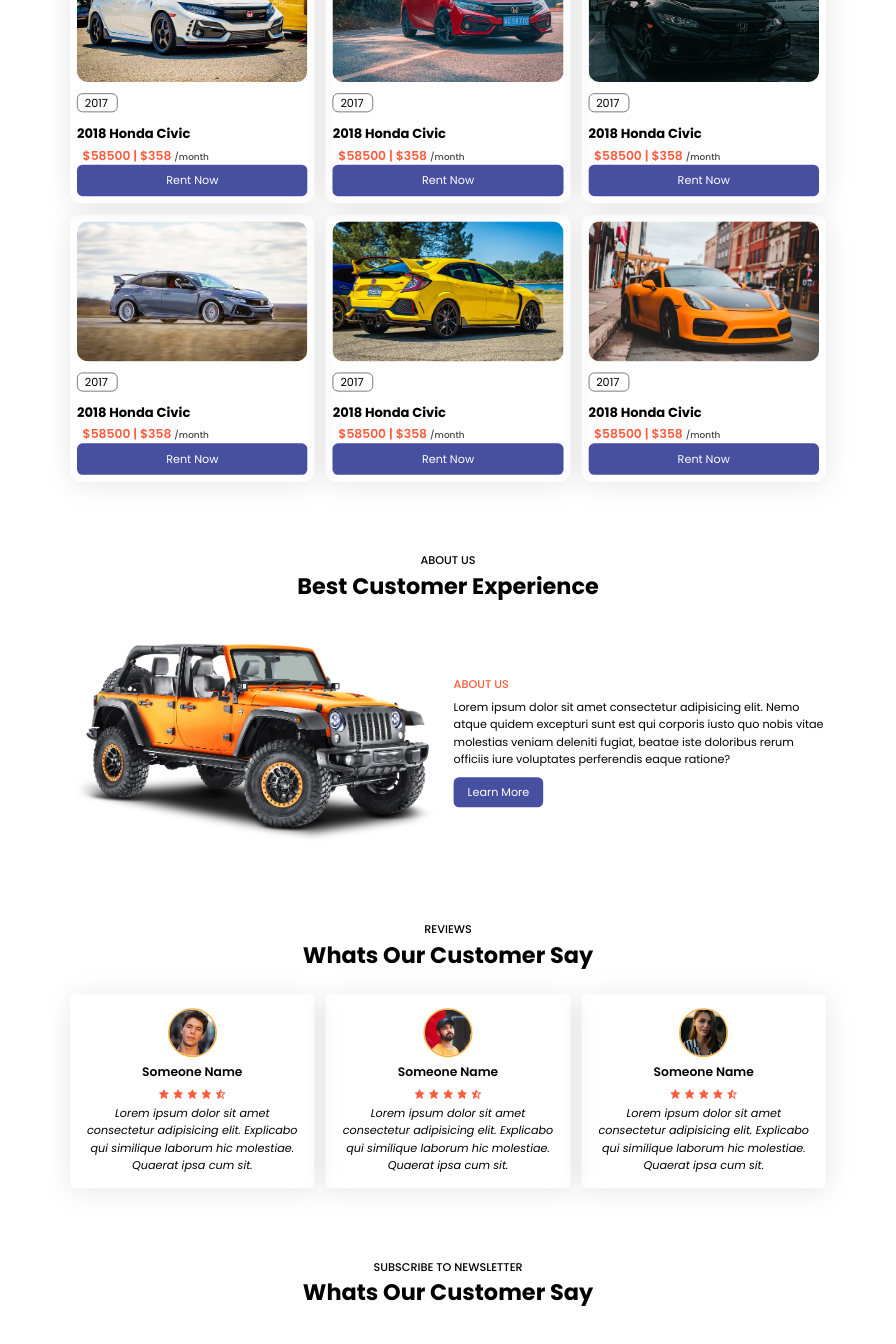
Repository: douglasabnovato/car-rental
Page: index.html
These files come from the project's save history. The page is drawn as it stood at one moment and after the next save; the edit follows.
The browser window is 1280 px wide. The pictures show the part of the page from y = 1476 to 3396 px (the page is 3396 px tall before and 3358 px after), at 70% of full size.

Above is the page before, as saved 2025-05-16 16:53:33.

### index.html
<!DOCTYPE html>
<html lang="en">
  <head>
    <meta charset="UTF-8" />
    <meta name="viewport" content="width=device-width, initial-scale=1.0" />
    <title>Car Rental</title>
    <link
      rel="stylesheet"
      href="https://cdn.jsdelivr.net/npm/boxicons@latest/css/boxicons.min.css"
    />
    <link rel="stylesheet" href="./style.css" />
  </head>
  <body>
    <!-- Header -->
    <header>
      <a href="#" class="logo"
        ><img src="./assets/jeep.png" alt="logo da car rental" srcset=""
      /></a>
      <div class="bx bx-menu" id="menu-icon"></div>
      <ul class="navbar">
        <li><a href="#home">Home</a></li>
        <li><a href="#ride">Ride</a></li>
        <li><a href="#services">Services</a></li>
        <li><a href="#about">About</a></li>
        <li><a href="#reviews">Reviews</a></li>
      </ul>
      <div class="header-btn">
        <a href="#" class="sign-up">Sign Up</a>
        <a href="#" class="sign-in">Sign In</a>
      </div>
    </header>

    <!-- Home -->
    <section class="home" id="home">
      <div class="text">
        <h1>
          <span>Looking</span> to <br />
          rent a car
        </h1>
        <p>
          Lorem ipsum dolor sit amet consectetur adi <br />
          pisicing elit. Explicabo esse non fugiat!
        </p>
        <div class="app-stores">
          <img src="./assets/ios.png" alt="" />
          <img src="./assets/play.png" alt="" />
        </div>
      </div>
      <div class="form-container">
        <form action="">
          <div class="input-box">
            <span>Location</span>
            <input type="search" name="" id="" placeholder="Search Places" />
          </div>
          <div class="input-box">
            <span>Pick-Up Date</span>
            <input type="date" name="" id="" />
          </div>
          <div class="input-box">
            <span>Return Date</span>
            <input type="date" name="" id="" />
          </div>
          <input type="submit" name="" id="" class="btn" />
        </form>
      </div>
    </section>

    <!-- Ride -->
    <section class="ride" id="ride">
      <div class="heading">
        <span>How Its Work</span>
        <h1>Rent With 3 Easy Steps</h1>
      </div>
      <div class="ride-container">
        <div class="box">
          <i class="bx bxs-map"></i>
          <h2>Choose A Location</h2>
          <p>
            Lorem ipsum dolor sit, amet consectetur adipisicing elit.
            Perspiciatis, impedit? Saepe quo quam numquam maxime?
          </p>
        </div>
        <div class="box">
          <i class="bx bxs-calendar-check"></i>
          <h2>Pick-Up Date</h2>
          <p>
            Lorem ipsum dolor sit, amet consectetur adipisicing elit.
            Perspiciatis, impedit? Saepe quo quam numquam maxime?
          </p>
        </div>
        <div class="box">
          <i class="bx bxs-calendar-star"></i>
          <h2>Book A Car</h2>
          <p>
            Lorem ipsum dolor sit, amet consectetur adipisicing elit.
            Perspiciatis, impedit? Saepe quo quam numquam maxime?
          </p>
        </div>
      </div>
    </section>

    <!-- Services -->
    <section class="services" id="services">
      <div class="heading">
        <span>Best Services</span>
        <h1>
          Explore Out Top Deals <br />
          From Top Rated Dealers
        </h1>
      </div>
      <div class="services-container">
        <div class="box">
          <div class="box-img">
            <img src="./assets/car1.jpg" alt="car1" />
          </div>
          <p>2017</p>
          <h3>2018 Honda Civic</h3>
          <h2>$58500 | $358 <span> /month</span></h2>
          <a href="#" class="btn">Rent Now</a>
        </div>

        <div class="box">
          <div class="box-img">
            <img src="./assets/car2.jpg" alt="car1" />
          </div>
          <p>2017</p>
          <h3>2018 Honda Civic</h3>
          <h2>$58500 | $358 <span> /month</span></h2>
          <a href="#" class="btn">Rent Now</a>
        </div>

        <div class="box">
          <div class="box-img">
            <img src="./assets/car3.jpg" alt="car1" />
          </div>
          <p>2017</p>
          <h3>2018 Honda Civic</h3>
          <h2>$58500 | $358 <span> /month</span></h2>
          <a href="#" class="btn">Rent Now</a>
        </div>

        <div class="box">
          <div class="box-img">
            <img src="./assets/car4.jpg" alt="car1" />
          </div>
          <p>2017</p>
          <h3>2018 Honda Civic</h3>
          <h2>$58500 | $358 <span> /month</span></h2>
          <a href="#" class="btn">Rent Now</a>
        </div>

        <div class="box">
          <div class="box-img">
            <img src="./assets/car5.jpg" alt="car1" />
          </div>
          <p>2017</p>
          <h3>2018 Honda Civic</h3>
          <h2>$58500 | $358 <span> /month</span></h2>
          <a href="#" class="btn">Rent Now</a>
        </div>

        <div class="box">
          <div class="box-img">
            <img src="./assets/car6.jpg" alt="car1" />
          </div>
          <p>2017</p>
          <h3>2018 Honda Civic</h3>
          <h2>$58500 | $358 <span> /month</span></h2>
          <a href="#" class="btn">Rent Now</a>
        </div>
      </div>
    </section>

    <!-- About -->
    <section class="about" id="about">
      <div class="heading">
        <span>About Us</span>
        <h1>Best Customer Experience</h1>
      </div>
      <div class="about-container">
        <div class="about-img">
          <img src="./assets/about.png" alt="" />
        </div>
        <div class="about-text">
          <span>About Us</span>
          <p>
            Lorem ipsum dolor sit amet consectetur adipisicing elit. Nemo atque
            quidem excepturi sunt est qui corporis iusto quo nobis vitae
            molestias veniam deleniti fugiat, beatae iste doloribus rerum
            officiis iure voluptates perferendis eaque ratione?
          </p>
          <a href="#" class="btn">Learn More</a>
        </div>
      </div>
    </section>

    <!-- Reviews -->
    <section class="reviews" id="reviews">
      <div class="heading">
        <span>Reviews</span>
        <h1>Whats Our Customer Say</h1>
      </div>
      <div class="reviews-container">
        <div class="box">
          <div class="rev-img">
            <img src="./assets/rev1.jpg" alt="" />
          </div>
          <h2>Someone Name</h2>
          <div class="stars">
            <i class="bx bxs-star"></i>
            <i class="bx bxs-star"></i>
            <i class="bx bxs-star"></i>
            <i class="bx bxs-star"></i>
            <i class="bx bxs-star-half"></i>
          </div>
          <p>
            Lorem ipsum dolor sit amet consectetur adipisicing elit. Explicabo
            qui similique laborum hic molestiae. Quaerat ipsa cum sit.
          </p>
        </div>
        <div class="box">
          <div class="rev-img">
            <img src="./assets/rev2.jpg" alt="" />
          </div>
          <h2>Someone Name</h2>
          <div class="stars">
            <i class="bx bxs-star"></i>
            <i class="bx bxs-star"></i>
            <i class="bx bxs-star"></i>
            <i class="bx bxs-star"></i>
            <i class="bx bxs-star-half"></i>
          </div>
          <p>
            Lorem ipsum dolor sit amet consectetur adipisicing elit. Explicabo
            qui similique laborum hic molestiae. Quaerat ipsa cum sit.
          </p>
        </div>
        <div class="box">
          <div class="rev-img">
            <img src="./assets/rev3.jpg" alt="" />
          </div>
          <h2>Someone Name</h2>
          <div class="stars">
            <i class="bx bxs-star"></i>
            <i class="bx bxs-star"></i>
            <i class="bx bxs-star"></i>
            <i class="bx bxs-star"></i>
            <i class="bx bxs-star-half"></i>
          </div>
          <p>
            Lorem ipsum dolor sit amet consectetur adipisicing elit. Explicabo
            qui similique laborum hic molestiae. Quaerat ipsa cum sit.
          </p>
        </div>
      </div>
    </section>

    <!-- Newsletter -->
    <section class="newsletter">
      <div class="heading">
        <span>Subscribe To Newsletter</span>
        <h1>Whats Our Customer Say</h1>
      </div>
    </section>

    <!-- Link to JS -->
    <script src="./script.js"></script>
  </body>
</html>

### style.css
@import url("https://fonts.googleapis.com/css2?family=Noto+Sans:ital,wght@0,100..900;1,100..900&family=Poppins:ital,wght@0,100;0,200;0,300;0,400;0,500;0,600;0,700;0,800;0,900;1,100;1,200;1,300;1,400;1,500;1,600;1,700;1,800;1,900&display=swap");

* {
  margin: 0;
  padding: 0;
  box-sizing: border-box;
  scroll-padding-top: 2rem;
  scroll-behavior: smooth;
  list-style: none;
  text-decoration: none;
  font-family: "Poppins", sans-serif;
}

:root {
  --main-color: #fe5b3d;
  --second-color: #ffac38;
  --text-color: #444;
  --gradient: linear-gradient(#fe5b3d, #ffac38);
}

html::-webkit-scrollbar {
  width: 0.5rem;
}

html::-webkit-scrollbar-track {
  background: transparent;
}

html::-webkit-scrollbar-thumb {
  background: var(--main-color);
  border-radius: 5rem;
}

section {
  padding: 50px 100px;
}

/* Header */

header {
  position: fixed;
  width: 100%;
  top: 0;
  right: 0;
  z-index: 1000;
  display: flex;
  align-items: center;
  justify-content: space-between;
  background: #eeeff1;
  padding: 15px 100px;
}

.logo img {
  width: 40px;
}

.navbar {
  display: flex;
}

.navbar li {
  position: relative;
}

.navbar a {
  font-size: 1rem;
  padding: 10px 20px;
  color: var(--text-color);
  font-weight: 500;
}

.navbar a:after {
  content: "";
  width: 0;
  height: 3px;
  background: var(--gradient);
  position: absolute;
  bottom: -4px;
  left: 0;
  transition: 0.5s;
}

.navbar a:hover::after {
  width: 100%;
}

#menu-icon {
  font-size: 24px;
  cursor: pointer;
  z-index: 10001;
  display: none;
}

.header-btn a {
  padding: 10px 20px;
  color: var(--text-color);
  font-weight: 500;
}

.header-btn .sign-in {
  background: #474fa0;
  color: #fff;
  border-radius: 0.5rem;
}

.header-btn .sign-in:hover {
  background: var(--main-color);
}

/* Home */
.home {
  width: 100%;
  min-height: 100vh;
  position: relative;
  background: url(./assets/Car\ Website\ –\ 1@2x.png);
  background-repeat: no-repeat;
  background-position: center right;
  background-size: cover;
  display: grid;
  align-items: center;
  grid-template-columns: repeat(2, 1fr);
}

.text h1 {
  font-size: 3.5rem;
  letter-spacing: 2px;
}

.text span {
  color: var(--main-color);
}

.text p {
  margin: 0.5rem 0 1rem;
}

.app-stores {
  display: flex;
}

.app-stores img {
  width: 100px;
  margin-right: 1rem;
  cursor: pointer;
}

.form-container form {
  display: flex;
  flex-wrap: wrap;
  align-items: center;
  gap: 1rem;
  position: absolute;
  bottom: 4rem;
  left: 100px;
  background: #fff;
  padding: 20px;
  border-radius: 0.5rem;
}

.input-box {
  flex: 1 1 7rem;
  display: flex;
  flex-direction: column;
}

.input-box span {
  font-weight: 500;
}

.input-box input {
  padding: 7px;
  outline: none;
  border: none;
  background: #eeeff1;
  border-radius: 0.5rem;
  font-size: 1rem;
}

.form-container form .btn {
  flex: 1 1 7rem;
  padding: 10px 34px;
  border: none;
  border-radius: 0.5rem;
  background: #474fa0;
  color: #fff;
  font-size: 1rem;
  font-weight: 500;
}

.form-container form .btn:hover {
  background: var(--main-color);
  cursor: pointer;
}

/* Ride */
.heading {
  text-align: center;
}

.heading span {
  font-weight: 500;
  text-transform: uppercase;
}

.heading h1 {
  font-size: 2rem;
}

.ride-container {
  display: grid;
  align-items: center;
  grid-template-columns: repeat(auto-fit, minmax(250px, auto));
  gap: 1rem;
  margin-top: 2rem;
}

.ride-container .box {
  text-align: center;
  padding: 20px;
}

.ride-container .box .bx {
  font-size: 34px;
  padding: 10px;
  background: #eeeff1;
  border-radius: 0.5rem;
  color: var(--main-color);
}

.ride-container .box h2 {
  font-size: 1.3rem;
  font-weight: 500;
  margin: 1.4rem 0 0.5rem;
}

.ride-container .box .bx:hover,
.ride-container .box .bx .bxs-calendar-star {
  background: var(--gradient);
  color: #fff;
}

/* Services */
.services-container {
  display: grid;
  grid-template-columns: repeat(auto-fit, minmax(300px, auto));
  gap: 1rem;
  margin-top: 2rem;
}

.services-container .box {
  padding: 10px;
  border-radius: 1rem;
  box-shadow: 1px 4px 41px rgba(0, 0, 0, 0.1);
}

.services-container .box .box-img {
  width: 100%;
  height: 200px;
}

.services-container .box .box-img img {
  width: 100%;
  height: 100%;
  border-radius: 1rem;
  object-fit: cover;
  object-position: center;
}

.services-container .box p {
  padding: 0 10px;
  border: 1px solid var(--text-color);
  width: 58px;
  border-radius: 0.5rem;
  margin: 1rem 0 1rem;
}

.services-container .box h2 {
  font-size: 1.1rem;
  font-weight: 600;
  color: var(--main-color);
  margin: 0.2rem 0 0 0.5rem;
}

.services-container .box h2 span {
  font-size: 0.8rem;
  font-weight: 500;
  color: var(--text-color);
}

.services-container .box .btn {
  display: flex;
  justify-content: center;
  background: #474fa0;
  color: #fff;
  padding: 10px;
  border-radius: 0.5rem;
}

.services-container .box .btn:hover {
  background: var(--main-color);
}

/* About */
.about-container {
  display: grid;
  grid-template-columns: repeat(2, 1fr);
  margin-top: 2rem;
  align-items: center;
  gap: 1rem;
}

.about-img img {
  width: 100%;
}

.about-text span {
  font-weight: 500;
  color: var(--main-color);
  text-transform: uppercase;
}

.about-text p {
  margin: 0.5rem 0 1.4rem;
}

.about-text .btn {
  padding: 10px 20px;
  background: #474fa0;
  color: #fff;
  border-radius: 0.5rem;
}

.about-text .btn:hover {
  background: var(--main-color);
}

/* Review */
.reviews-container {
  display: grid;
  grid-template-columns: repeat(auto-fit, minmax(250px, auto));
  gap: 1rem;
  margin-top: 2rem;
}

.rev-img {
  width: 70px;
  height: 70px;
}

.rev-img img {
  width: 100%;
  height: 100%;
  border-radius: 50%;
  object-fit: cover;
  object-position: center;
  border: 2px solid var(--second-color);
}

.reviews-container .box {
  display: flex;
  flex-direction: column;
  align-items: center;
  text-align: center;
  padding: 20px;
  box-shadow: 1px 4px 41px rgba(0, 0, 0, 0.1);
  border-radius: 0.5rem;
}

.reviews-container .box h2 {
  font-size: 1.1rem;
  font-weight: 600;
  margin: 0.5rem 0 0.5rem;
}

.reviews-container .box p {
  font-style: italic;
}

.reviews-container .box .stars .bx {
  color: var(--main-color);
}

/* Newsletter */

Loaded but not shown: script.js (no stored copy; drawn as an empty file)

After the next save:
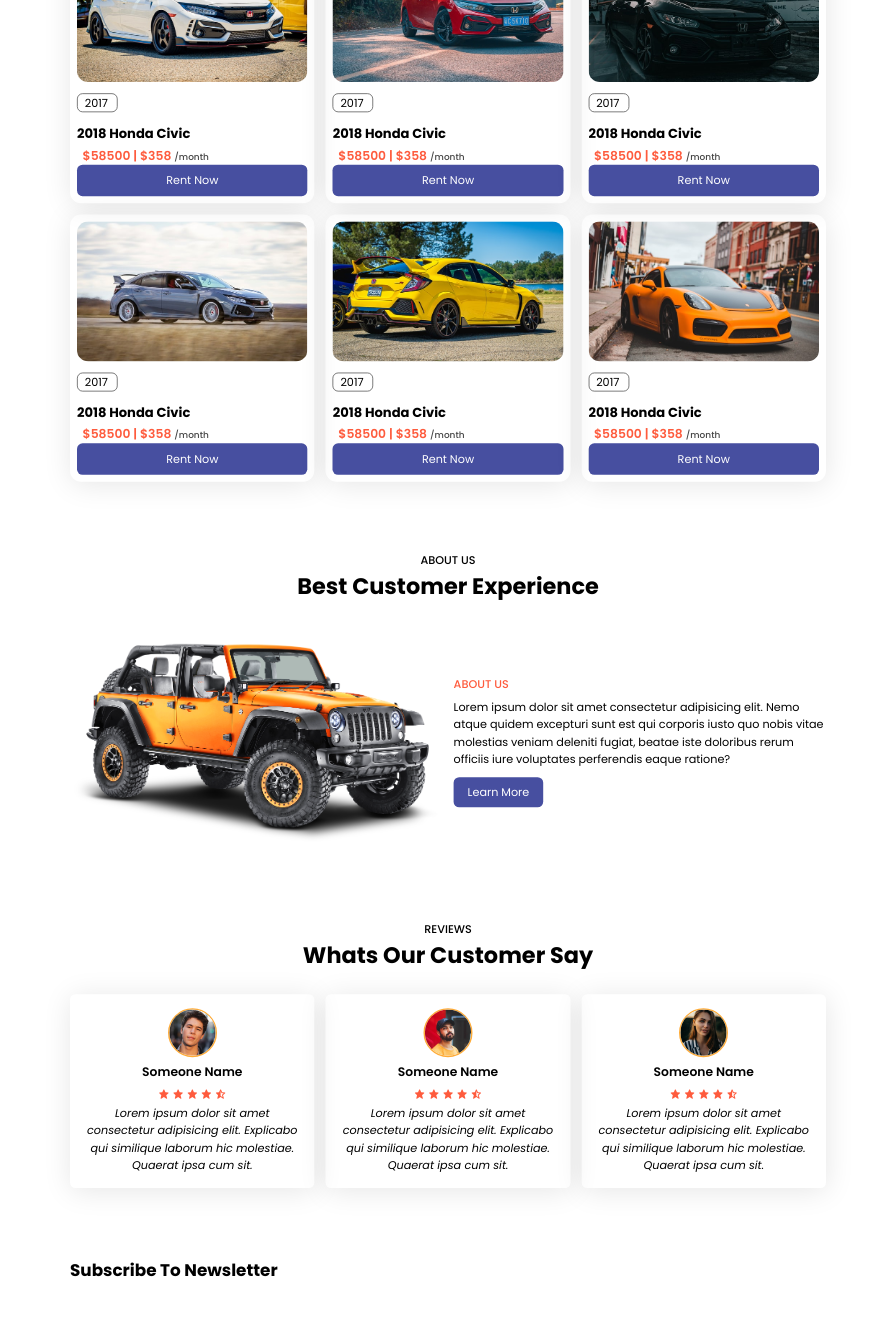
Saved 44 s later.
--- a/index.html
+++ b/index.html
@@ -257,10 +257,9 @@
 
     <!-- Newsletter -->
     <section class="newsletter">
-      <div class="heading">
-        <span>Subscribe To Newsletter</span>
-        <h1>Whats Our Customer Say</h1>
-      </div>
+      <h2>
+        Subscribe To Newsletter
+      </h2>
     </section>
 
     <!-- Link to JS -->
